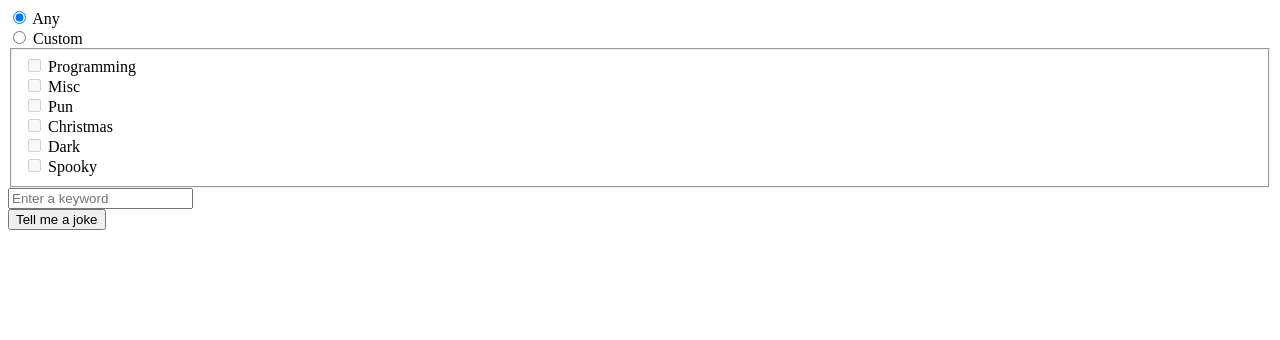
Repository: kaitlynMidori/dadJokeApi
Page: index.html
These files come from the project's save history. The page is drawn as it stood at one moment and after the next save; the edit follows.
The browser window is 1280 px wide. The pictures show the whole page.
Some web libraries are served in a nearby version.

Above is the page before, as saved 2021-01-06 12:42:41.

After the next save:
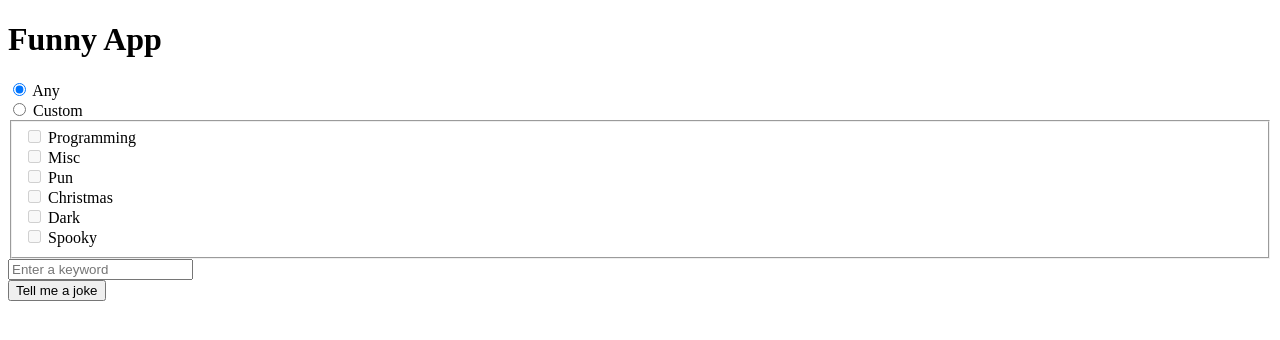
Saved 13 s later.
--- a/index.html
+++ b/index.html
@@ -16,6 +16,7 @@
         </div>
     </nav> -->
     <div class="container">
+        <h1>Funny App</h1>
         <!-- <div class="d-flex flex-column align-items-center d-grid gap-3">        -->
             <div class="form-check">
                 <input type="radio" class="form-check-input" id="any" name="type" value="Any" checked>
